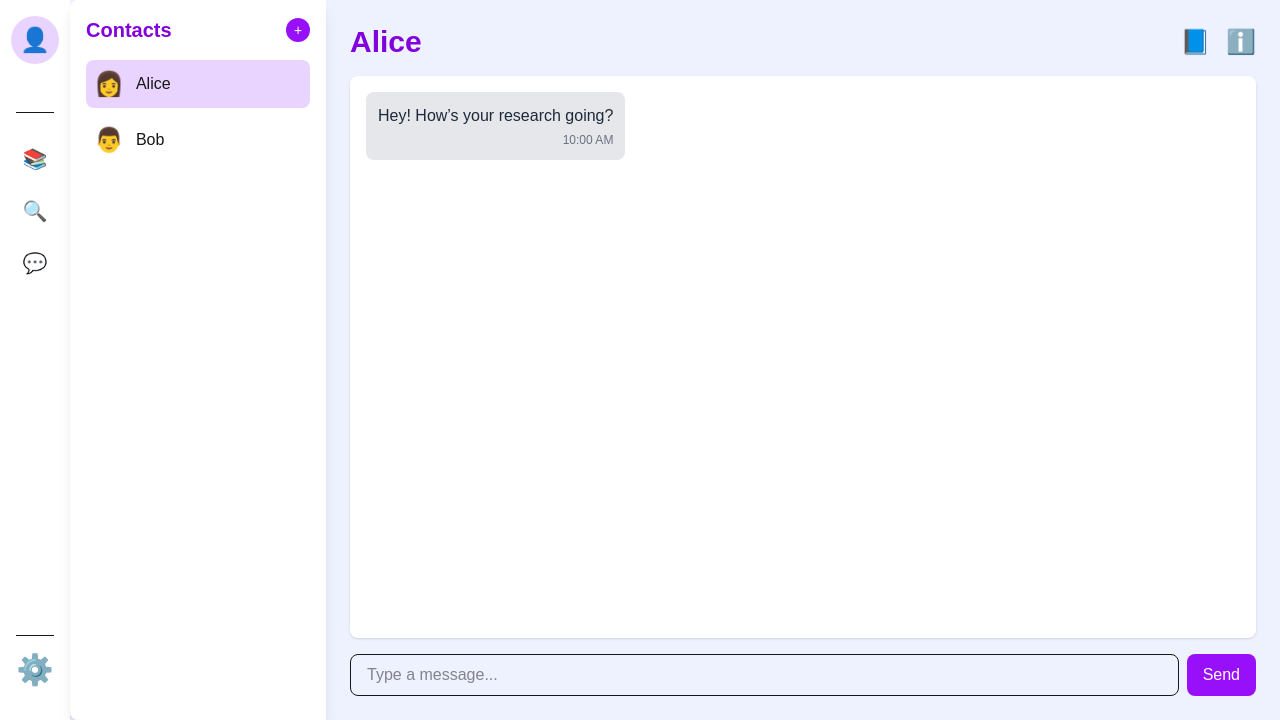
Repository: ramosfranz/bookie
Page: /chat
These files come from the project's save history. The page is drawn as it stood at one moment and after the next save; the edit follows.
The browser window is 1280 px wide. The pictures show the whole page.
The project was rebuilt for these pictures with package versions that can differ from the ones it lists, and the page was loaded fresh each time. The framework's server and built-in components were replaced by stand-ins that run in the browser. Also part of the build but not shown: next.config.ts, src/app/chat/AddContact.tsx, src/app/chat/FriendInfo.tsx.

Above is the page before, as saved 2025-11-21 12:21:35.

### src/app/layout.tsx
import type { Metadata } from "next";
import { Geist, Geist_Mono } from "next/font/google";
import "./globals.css";

const geistSans = Geist({
  variable: "--font-geist-sans",
  subsets: ["latin"],
});

const geistMono = Geist_Mono({
  variable: "--font-geist-mono",
  subsets: ["latin"],
});

export const metadata: Metadata = {
  title: "Bookie",
  description: "Generated by create next app",
};

export default function RootLayout({
  children,
}: Readonly<{
  children: React.ReactNode;
}>) {
  return (
    <html lang="en">
      <body
        className={`${geistSans.variable} ${geistMono.variable} antialiased`}
      >
        {children}
      </body>
    </html>
  );
}

### src/app/chat/page.tsx
"use client";

import { useState, useRef, useEffect } from "react";
import Sidebar from "../components/Sidebar";
import ContactSidebar from "./ContactSidebar";
import AddContactPopup from "./AddContact";
import FriendInfoPopup from "./FriendInfo";
import ChatLog from "./ChatLog";

interface Message {
  id: string;
  sender: "user" | "other";
  content: string;
  timestamp: string;
}

interface Contact {
  id: string;
  name: string;
  avatar: string;
  messages: Message[];
}

export default function ChatPage() {
  const dummyUser = {
    id: "00000000-0000-0000-0000-000000000001",
    email: "test@example.com",
    username: "TestUser",
  };

  const user = dummyUser;
  const [activeTab, setActiveTab] = useState<"research" | "leisure" | "discover" | "chat">("chat");

  const [contacts, setContacts] = useState<Contact[]>([
    { id: "c1", name: "Alice", avatar: "👩", messages: [{ id: "1", sender: "other", content: "Hey! How’s your research going?", timestamp: "10:00 AM" }] },
    { id: "c2", name: "Bob", avatar: "👨", messages: [{ id: "2", sender: "other", content: "Did you see the latest AI paper?", timestamp: "10:05 AM" }] },
  ]);

  const [selectedContactId, setSelectedContactId] = useState("c1");
  const [newMessage, setNewMessage] = useState("");
  const [showAddContactPopup, setShowAddContactPopup] = useState(false);
  const [showInfoPopup, setShowInfoPopup] = useState(false);
  const [showAvatar, setShowAvatar] = useState(false);
  const [isCollapsed, setIsCollapsed] = useState(false);
  const chatEndRef = useRef<HTMLDivElement | null>(null);

  const selectedContact = contacts.find((c) => c.id === selectedContactId)!;

  const friendProfile = {
    id: selectedContact.id,
    name: selectedContact.name,
    nickname: selectedContact.name,
    topBooks: ["Atomic Habits", "The Alchemist", "Deep Work"],
    sharedHistory: [
      { title: "The Alchemist", date: "Jan 4, 2025" },
      { title: "Deep Work", date: "Dec 18, 2024" },
    ],
  };

  useEffect(() => {
    chatEndRef.current?.scrollIntoView({ behavior: "smooth" });
  }, [selectedContact.messages]);

  const sendMessage = (text: string) => {
    if (!text.trim()) return;
    const timestamp = new Date().toLocaleTimeString([], { hour: "2-digit", minute: "2-digit" });
    const message: Message = { id: Math.random().toString(36).substr(2, 9), sender: "user", content: text, timestamp };
    setContacts((prev) => prev.map((c) => (c.id === selectedContactId ? { ...c, messages: [...c.messages, message] } : c)));

    setTimeout(() => {
      const aiMessage: Message = {
        id: Math.random().toString(36).substr(2, 9),
        sender: "other",
        content: "🤖 AI Response: I see! That’s interesting.",
        timestamp: new Date().toLocaleTimeString([], { hour: "2-digit", minute: "2-digit" }),
      };
      setContacts((prev) => prev.map((c) => (c.id === selectedContactId ? { ...c, messages: [...c.messages, aiMessage] } : c)));
    }, 1000);
  };

  const handleSend = () => {
    sendMessage(newMessage);
    setNewMessage("");
  };

  const handleKeyPress = (e: React.KeyboardEvent<HTMLInputElement>) => {
    if (e.key === "Enter") handleSend();
  };

  return (
    <div className="min-h-screen flex bg-indigo-50 relative">
      <Sidebar activeTab={activeTab} user={user} />

      <main className="flex flex-1">
        {/* Contact Sidebar */}
        <ContactSidebar
          contacts={contacts}
          selectedContactId={selectedContactId}
          setSelectedContactId={(id) => { setSelectedContactId(id); setShowAvatar(false); }}
          showAddContactPopup={showAddContactPopup}
          setShowAddContactPopup={setShowAddContactPopup}
          isCollapsed={isCollapsed}
          setIsCollapsed={setIsCollapsed}
        />

        {/* Chat Column */}
        <div className="flex-1 flex flex-col p-6 h-screen">
          {showAvatar && (
            <div className="w-full bg-white rounded-xl shadow flex items-center justify-center mb-4 h-48">
              <span className="text-gray-400">[User 2D Avatar Placeholder]</span>
            </div>
          )}

          {/* Header */}
          <div className="flex items-center justify-between mb-4">
            <h1 className="text-3xl font-bold text-purple-700">{selectedContact.name}</h1>
            <div className="flex items-center gap-4 text-2xl ml-auto">
              <button onClick={() => setShowAvatar((prev) => !prev)} title="Show Avatar" className="hover:text-purple-600 transition">
                📘
              </button>
              <button onClick={() => setShowInfoPopup(true)} title="Contact Info" className="hover:text-purple-600 transition">
                ℹ️
              </button>
            </div>
          </div>

          {/* Chat log (scrollable) */}
          <ChatLog messages={selectedContact.messages} />

          {/* Input */}
          <div className="flex gap-2">
            <input
              type="text"
              placeholder="Type a message..."
              value={newMessage}
              onChange={(e) => setNewMessage(e.target.value)}
              onKeyPress={handleKeyPress}
              className="flex-1 px-4 py-2 rounded-lg border outline-none"
            />
            <button onClick={handleSend} className="px-4 py-2 bg-purple-600 text-white rounded-lg hover:bg-purple-700 transition">
              Send
            </button>
          </div>
        </div>
      </main>

      <AddContactPopup
        isOpen={showAddContactPopup}
        onClose={() => setShowAddContactPopup(false)}
        onAddFriend={(username) => {
          const newId = "c" + Math.random().toString(36).substr(2, 5);
          setContacts((prev) => [...prev, { id: newId, name: username, avatar: "👤", messages: [] }]);
          setShowAddContactPopup(false);
        }}
        onCreateGroup={(groupName) => {
          const newId = "g" + Math.random().toString(36).substr(2, 5);
          setContacts((prev) => [...prev, { id: newId, name: groupName + " (Group)", avatar: "👥", messages: [] }]);
          setShowAddContactPopup(false);
        }}
      />

      <FriendInfoPopup
        isOpen={showInfoPopup}
        onClose={() => setShowInfoPopup(false)}
        friend={friendProfile}
        onUpdateNickname={(newNick) => console.log("Nickname updated:", newNick)}
        onUnfriend={() => console.log("Unfriend clicked")}
      />
    </div>
  );
}

### src/app/components/Sidebar.tsx
"use client";

import { useState } from "react";
import Link from "next/link";

export default function Sidebar({ activeTab, user }) {
  const [isCollapsed, setIsCollapsed] = useState(true);

  // Prevent sidebar links from triggering collapse
  const handleLinkClick = (e: React.MouseEvent) => {
    e.stopPropagation();
  };

  return (
    <aside
      onClick={() => setIsCollapsed(!isCollapsed)}
      className={`${
        isCollapsed ? "w-[70px]" : "w-[180px]"
      } bg-white shadow-lg p-4 flex flex-col items-center transition-all duration-300 cursor-pointer`}
    >
      {/* Profile Section */}
      <Link href="/profile" onClick={handleLinkClick} className="mb-8 flex flex-col items-center">
        <div className="w-12 h-12 bg-purple-200 rounded-full flex items-center justify-center text-2xl">
          👤
        </div>
        {!isCollapsed && (
          <p className="mt-3 font-semibold text-purple-700">{user.username}</p>
        )}
      </Link>

      <div className="w-full border-t my-4"></div>

      {/* Tabs */}
      <nav className="flex flex-col items-center gap-6 mt-4">
        {/* Library */}
        <Link
          href="/dashboard"
          onClick={handleLinkClick}
          className={`flex flex-col items-center text-xl ${
            activeTab === "dashboard"
              ? "text-purple-600"
              : "text-gray-500 hover:text-gray-700"
          }`}
        >
          📚
          {!isCollapsed && <span className="text-sm mt-1">Library</span>}
        </Link>

        {/* Discover */}
        <Link
          href="/discover"
          onClick={handleLinkClick}
          className={`flex flex-col items-center text-xl ${
            activeTab === "discover"
              ? "text-purple-600"
              : "text-gray-500 hover:text-gray-700"
          }`}
        >
          🔍
          {!isCollapsed && <span className="text-sm mt-1">Discover</span>}
        </Link>

        {/* Chat */}
        <Link
          href="/chat"
          onClick={handleLinkClick}
          className={`flex flex-col items-center text-xl ${
            activeTab === "chat"
              ? "text-purple-600"
              : "text-gray-500 hover:text-gray-700"
          }`}
        >
          💬
          {!isCollapsed && <span className="text-sm mt-1">Chat</span>}
        </Link>
      </nav>

      <div className="w-full border-t my-4 mt-auto"></div>

      <button
        onClick={(e) => e.stopPropagation()}
        className="text-gray-500 hover:text-gray-700 text-3xl mb-4"
      >
        ⚙️
      </button>
    </aside>
  );
}

### src/app/chat/ContactSidebar.tsx
"use client";

import { Dispatch, SetStateAction } from "react";

interface Contact {
  id: string;
  name: string;
  avatar: string;
}

interface ContactSidebarProps {
  contacts: Contact[];
  selectedContactId: string;
  setSelectedContactId: Dispatch<SetStateAction<string>>;
  showAddContactPopup: boolean;
  setShowAddContactPopup: Dispatch<SetStateAction<boolean>>;
  isCollapsed: boolean;
  setIsCollapsed: Dispatch<SetStateAction<boolean>>;
}

export default function ContactSidebar({
  contacts,
  selectedContactId,
  setSelectedContactId,
  showAddContactPopup,
  setShowAddContactPopup,
  isCollapsed,
  setIsCollapsed,
}: ContactSidebarProps) {
  return (
    <div
      onClick={() => setIsCollapsed(!isCollapsed)}
      className={`bg-white shadow-lg rounded-l-lg flex flex-col transition-all duration-300 ${
        isCollapsed ? "w-16" : "w-64"
      }`}
    >
      <div className="p-4 flex flex-col flex-1">
        {!isCollapsed && (
          <div className="flex items-center justify-between mb-4">
            <h2 className="text-xl font-bold text-purple-700">Contacts</h2>
            <button
              onClick={(e) => {
                e.stopPropagation();
                setShowAddContactPopup(true);
              }}
              className="text-white bg-purple-600 hover:bg-purple-700 rounded-full w-6 h-6 flex items-center justify-center text-sm"
            >
              +
            </button>
          </div>
        )}

        <div className="flex flex-col gap-2 overflow-y-auto flex-1">
          {contacts.map((contact) => (
            <button
              key={contact.id}
              onClick={(e) => {
                e.stopPropagation();
                setSelectedContactId(contact.id);
              }}
              className={`flex items-center gap-3 p-2 rounded-lg text-left hover:bg-purple-100 transition ${
                contact.id === selectedContactId ? "bg-purple-200" : ""
              }`}
            >
              <span className="text-2xl">{contact.avatar}</span>
              {!isCollapsed && <span className="font-medium">{contact.name}</span>}
            </button>
          ))}
        </div>
      </div>
    </div>
  );
}

### src/app/chat/ChatLog.tsx
"use client";

import { useEffect, useRef } from "react";

interface Message {
  id: string;
  sender: "user" | "other";
  content: string;
  timestamp: string;
}

interface ChatLogProps {
  messages: Message[];
}

export default function ChatLog({ messages }: ChatLogProps) {
  const chatEndRef = useRef<HTMLDivElement | null>(null);

  // Scroll to bottom whenever messages change
  useEffect(() => {
    chatEndRef.current?.scrollIntoView({ behavior: "smooth" });
  }, [messages]);

  return (
    <div className="flex-1 overflow-y-auto bg-white p-4 rounded-lg shadow mb-4">
      {messages.map((msg) => (
        <div
          key={msg.id}
          className={`flex mb-3 ${msg.sender === "user" ? "justify-end" : "justify-start"}`}
        >
          <div
            className={`p-3 rounded-lg max-w-xs break-words ${
              msg.sender === "user" ? "bg-purple-600 text-white" : "bg-gray-200 text-gray-800"
            }`}
          >
            <p>{msg.content}</p>
            <span className="text-xs text-gray-500 block text-right mt-1">{msg.timestamp}</span>
          </div>
        </div>
      ))}
      <div ref={chatEndRef}></div>
    </div>
  );
}

Loaded but not shown: src/app/globals.css (common file)

After the next save:
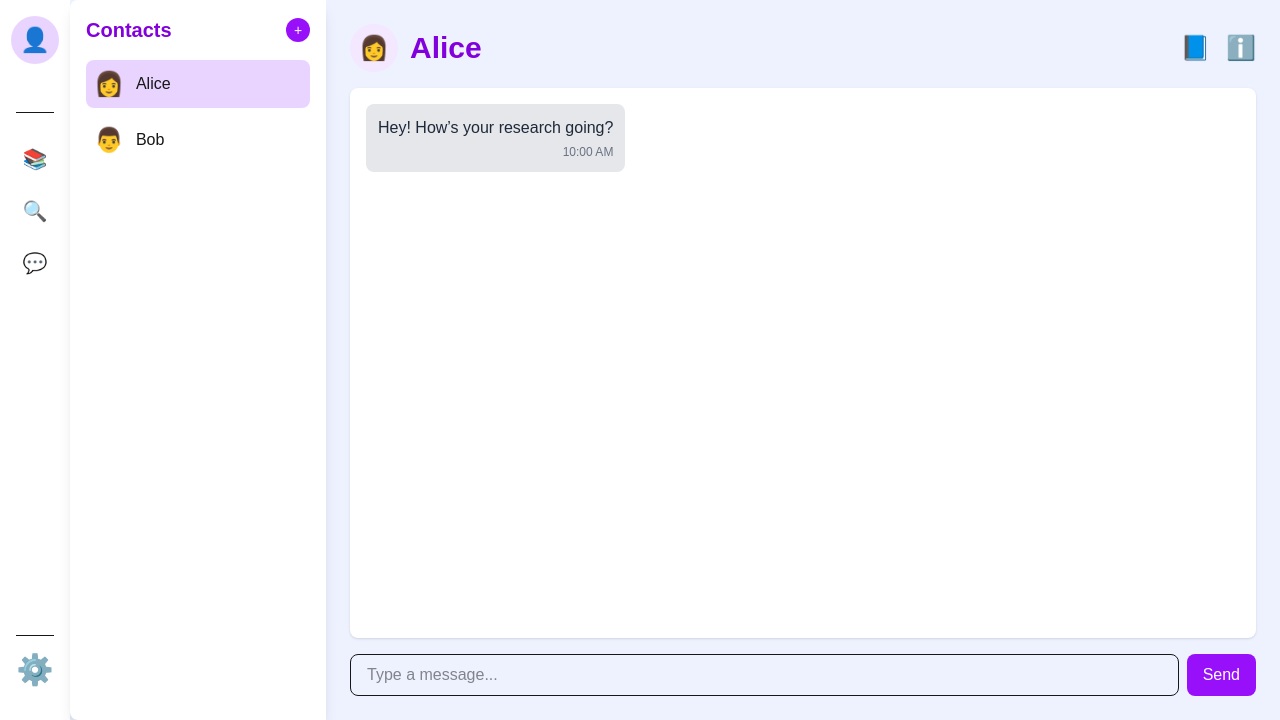
Saved 49 min 20 s later.
--- a/src/app/chat/page.tsx
+++ b/src/app/chat/page.tsx
@@ -112,17 +112,28 @@ export default function ChatPage() {
           )}
 
           {/* Header */}
-          <div className="flex items-center justify-between mb-4">
-            <h1 className="text-3xl font-bold text-purple-700">{selectedContact.name}</h1>
-            <div className="flex items-center gap-4 text-2xl ml-auto">
-              <button onClick={() => setShowAvatar((prev) => !prev)} title="Show Avatar" className="hover:text-purple-600 transition">
-                📘
-              </button>
-              <button onClick={() => setShowInfoPopup(true)} title="Contact Info" className="hover:text-purple-600 transition">
-                ℹ️
-              </button>
-            </div>
-          </div>
+          {/* Header */}
+<div className="flex items-center justify-between mb-4">
+  <div className="flex items-center gap-3">
+    {/* Circular avatar */}
+    <div className="w-12 h-12 rounded-full bg-purple-100 flex items-center justify-center text-2xl">
+      {selectedContact.avatar}
+    </div>
+
+    {/* Contact name */}
+    <h1 className="text-3xl font-bold text-purple-700">{selectedContact.name}</h1>
+  </div>
+
+  <div className="flex items-center gap-4 text-2xl ml-auto">
+    <button onClick={() => setShowAvatar((prev) => !prev)} title="Show Avatar" className="hover:text-purple-600 transition">
+      📘
+    </button>
+    <button onClick={() => setShowInfoPopup(true)} title="Contact Info" className="hover:text-purple-600 transition">
+      ℹ️
+    </button>
+  </div>
+</div>
+
 
           {/* Chat log (scrollable) */}
           <ChatLog messages={selectedContact.messages} />
